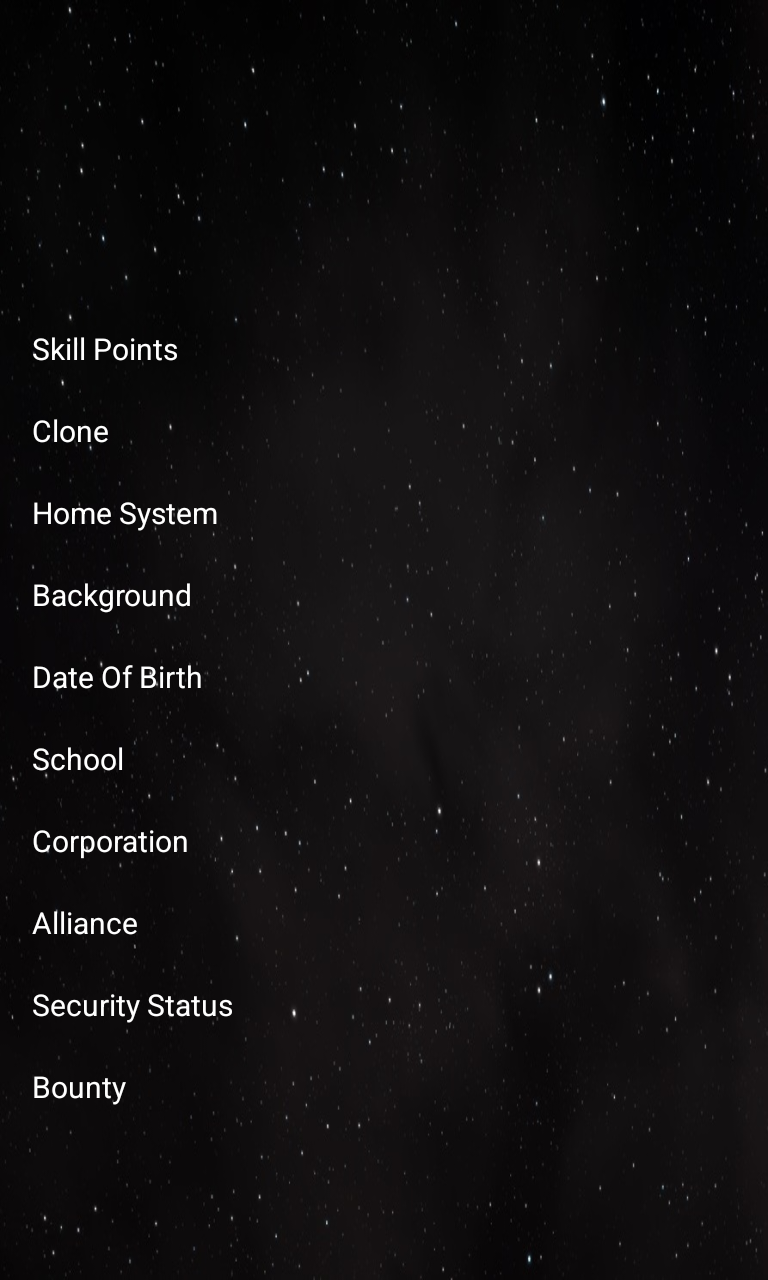
Repository: w9jds/Android-EveProfiler
Layout: EveProfiler/res/layout/fragment_main_dummy.xml
An editor plug-in stored every save of this project. The layout is shown before and after the next save, followed by the edit.
It is drawn on a 768 x 1280 px phone screen (xhdpi) without system bars, with theme AppTheme; the app's code is not run.

Above is the layout before, as saved 2013-05-13 02:31:53.

After the next save:
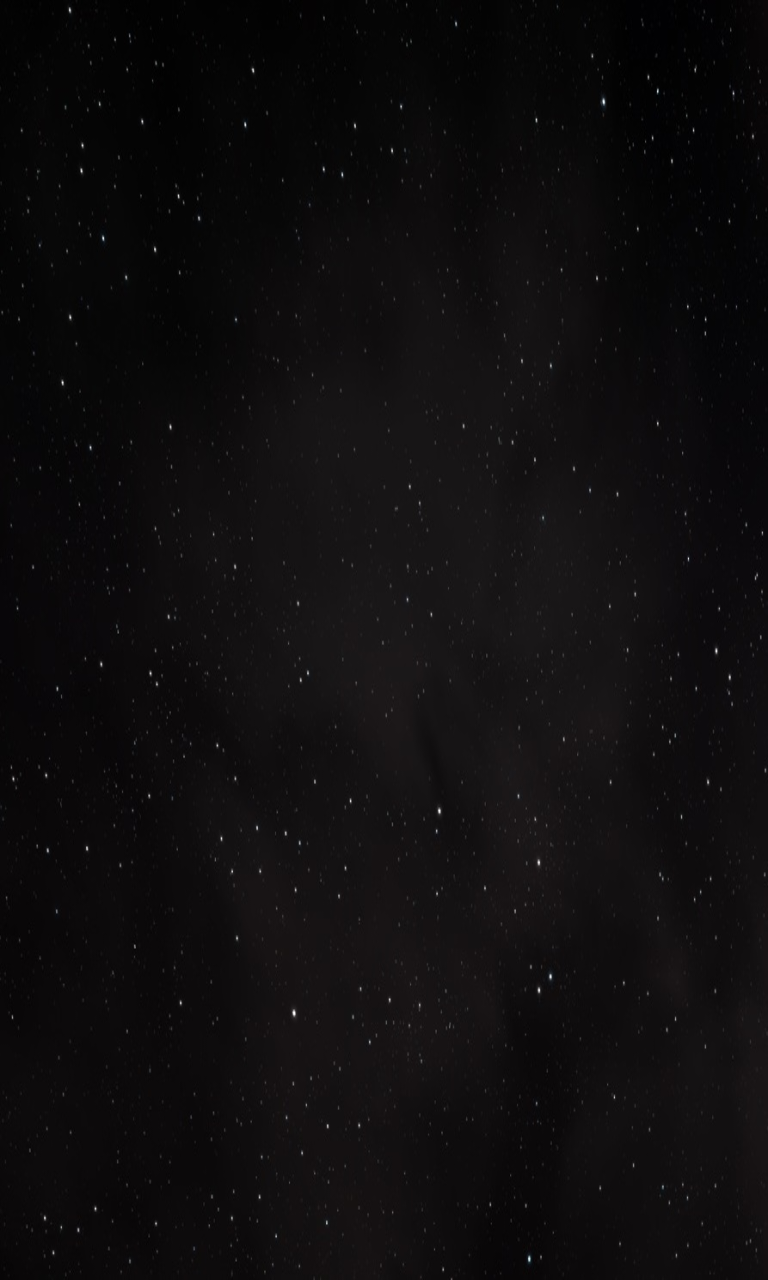
Saved 14 min 40 s later.
--- a/EveProfiler/res/layout/fragment_main_dummy.xml
+++ b/EveProfiler/res/layout/fragment_main_dummy.xml
@@ -24,7 +24,7 @@
             android:layout_marginBottom="10dp"
             android:layout_marginTop="10dp"/>
 
-		<TextView
+		<!--<TextView
 		    android:id="@+id/SkillPointsLabel"
 		    android:layout_width="wrap_content"
 		    android:layout_height="wrap_content"
@@ -194,7 +194,7 @@
 		    android:layout_height="wrap_content"
 		    android:layout_gravity="left"
 		    android:textColor="@color/white"
-		    android:textSize="15sp" />
+		    android:textSize="15sp" />-->
 
 
 
